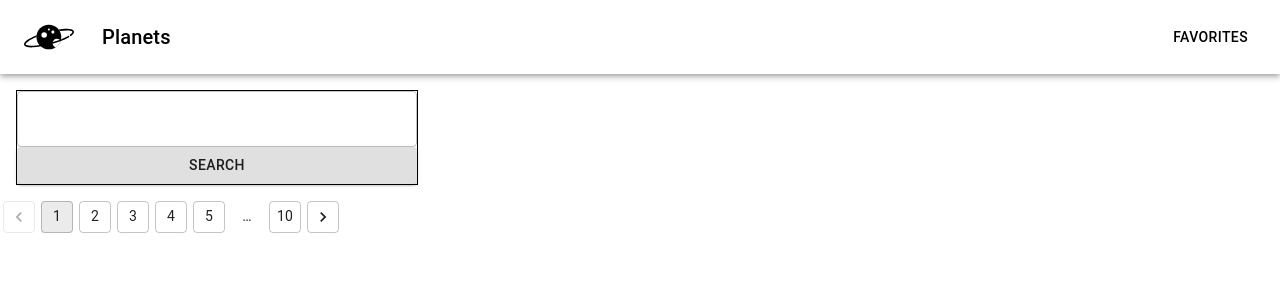
Repository: samridhie01/assignment
Page: /
An editor plug-in stored every save of this project. The page is shown before and after a run of saves, followed by the edit.
The browser window is 1280 px wide. The pictures show the whole page.
The page's requests for data from a server got no answer. The project was rebuilt for these pictures with package versions that can differ from the ones it lists, and the page was loaded fresh each time. No one was signed in, and anything a server would have sent is missing. Also part of the build but not shown: src/components/planets/Planets.tsx.

Above is the page before, as saved 2020-08-20 12:48:48.

After the next 2 saves:
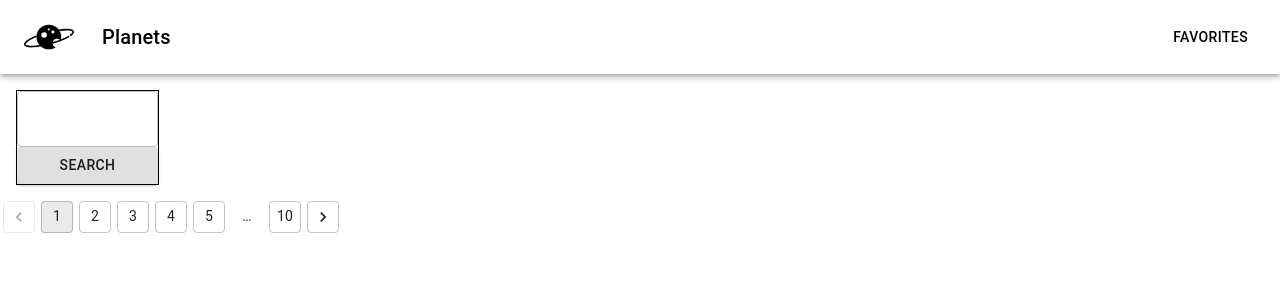
The 2 saves are shown as one change because 1 did not build or start.
The last was saved 33 s later.
--- a/src/components/searchBox/SearchBox.tsx
+++ b/src/components/searchBox/SearchBox.tsx
@@ -5,7 +5,8 @@ const useStyles = makeStyles((theme: Theme) =>
   createStyles({
     dotted: {
          display: "flex",
-         flexDirection: "column"
+         flexDirection: "column",
+         width:'50%'
     }
   }),
 );
